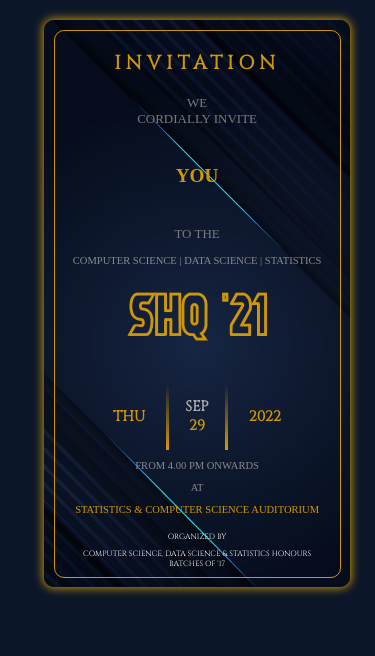
Repository: prabuddhika96/SHQ_Invitation
Page: index.html
The author's editor kept a copy of each file at every save. The page is drawn from the files as they stood at one save, then again after the next save.
The browser window is 375 px wide. The pictures show the whole page.
Some web fonts or font styles are not loaded; a fallback is used.

Above is the page before, as saved 2022-09-26 12:13:14.
Console error: ReferenceError: bodymovin is not defined

### index.html
<!DOCTYPE html>
<html lang="en">
	<head>
		<meta charset="UTF-8" />
		<meta http-equiv="X-UA-Compatible" content="IE=edge" />
		<meta name="viewport" content="width=device-width, initial-scale=1.0" />
		<title>Invitation</title>

		<link rel="stylesheet" href="style.css" />
		<link rel="stylesheet" href="animation.css" />
	</head>
	<body>
		<div class="bg"></div>
		<div class="bg bg2"></div>
		<div class="bg bg3"></div>

		<span class="loader">
			<span class="loader-inner"></span>
		</span>

		<div class="container">
			<div class="invitation">
				<div class="content">
					<div class="main">
						<h1>Invitation</h1>
					</div>

					<p id="cordially">we<br />cordially invite</p>

					<h2 id="name"></h2>

					<p id="cordially">to the</p>

					<p id="department">Computer Science | data science | statistics</p>

					<h1 id="shq" class="glow">shq '21</h1>

					<div class="date">
						<div><h2>thu</h2></div>
						<div id="middle">
							<h2><span id="month">sep</span><br />29</h2>
						</div>
						<div><h2>2022</h2></div>
					</div>

					<p id="department">from 4.00 pm onwards</p>
					<p id="department">at</p>
					<p id="venue">statistics & computer science auditorium</p>

					<div class="organized">
						<p class="low">organized by</p>
						<p class="high">
							computer science, data science & statistics honours<br />batches
							of '17
						</p>
					</div>
				</div>
			</div>
		</div>

		<script src="index.js"></script>
	</body>
</html>

### style.css
@import url('https://fonts.googleapis.com/css2?family=Cinzel&display=swap');
@import url('http://fonts.cdnfonts.com/css/lemonmilk');
/* @import url('http://fonts.cdnfonts.com/css/umbro'); */

@font-face {
  /* font-family: lemonMilk; */
  font-family: lemonMilk;
  src: url(fonts/LemonMilk.ttf);

  font-family: cinzel;
  src: url(fonts/Cinzel-VariableFont_wght.ttf);

  font-family: umbro;
  src: url(fonts/Umbro1.ttf);
}


:root {
  --yellow: #CE9707;
  --cordially: #7a7a7a;
  --department: #8a8a8a;
}

body {
  background-color: #0B1628;
  /* padding: 1em; */
  /* height: 80%; */
}

p {
  font-size: 1.1em;
}

.container {
  width: 700px;
  /* height: 1000px; */
  margin: 0em auto;
  padding: 10px;

}

.invitation {
  background-image: url('Img/backgrond.jpg');
  height: 100%;
  width: 100%;
  background-size: cover;
  /* box-shadow:5px 5px 10px rgb(64, 64, 64); */
  box-shadow: 0 0 10px 1px var(--yellow);
  padding: 1em;
  border-radius: 10px;

}

.content {
  border: 1px solid var(--yellow);
  border-radius: 10px;
  height: 100%;
  text-transform: uppercase;
  text-align: center;
  font-family: lemonMilk;
}

.main {
  margin: 4em auto;
}

.main h1 {
  font-family: cinzel;
  color: var(--yellow);
  letter-spacing: 10px;
  margin-top: 1em;
}

#cordially {
  color: var(--cordially);
  font-weight: 400;
  font-size: 25px;
  font-family: lemonMilk;
}

#name {
  color: var(--yellow);
  margin: 2em auto;
  font-size: 2.5rem;
}

#department {
  color: var(--department);
}

#shq {
  font-family: umbro;
  font-size: 5em;
  color: var(--yellow);
}

#month {
  color: rgb(170, 170, 170);
}

.glow {
  font-size: 80px;
  color: #fff;
  text-align: center;
}


.date {
  display: grid;
  grid-template-columns: auto auto auto;
  gap: 5px;
  margin: 1em auto;
  width: 70%;
  align-items: center;

  font-family: cinzel;
}

.date h2 {
  vertical-align: middle;
  color: var(--yellow);
}

#middle {
  /* border: 1px solid var(--yellow);
  border-top: none;
  border-bottom: none; */
  border-width: 3px;
  border-style: solid;
  border-image:
    linear-gradient(to top,
      var(--yellow),
      rgba(0, 0, 0, 0)) 1 100%;
}

#venue {
  color: var(--yellow);
}

.organized {
  color: #fff;
  font-family: cinzel;
  margin-top: 2em;
  line-height: 80%;
}

.low {
  font-size: small;
}

.high {
  line-height: normal;
}


@media screen and (max-width: 500px) {
  body {
    /* width: 100%; */
    /* height: 100%; */
    font-size: 60%;
    padding: 0;
  }

  .container {
    width: 80%;
    height: 80%;
    margin: auto;
    padding: 0px;
    /* vertical-align: auto; */
  }

  .invitation {
    width: 100%;
    margin: 0 auto;
  }

  .main {
    margin: 2em auto;
  }

  .main h1 {
    letter-spacing: 5px;
    margin-top: 0em;
    font-size: 1.2rem;
  }

  #name {
    font-size: 1.2rem;
  }

  #cordially {
    font-size: 13px;
  }

  .low, .high {
    font-size: 80%;
  }
}

### animation.css
/* html {
  height: 100%;
} */

body {
  margin-top: 20px;
}


.bg {
  animation: slide 3s ease-in-out infinite alternate;
  background-image: linear-gradient(-60deg, rgb(4, 0, 33) 50%, rgb(0, 4, 48) 50%);
  bottom: 0;
  left: -50%;
  opacity: .5;
  position: fixed;
  right: -50%;
  top: 0;
  z-index: -1;
}

.bg2 {
  animation-direction: alternate-reverse;
  animation-duration: 4s;
}

.bg3 {
  animation-duration: 5s;
}

@keyframes slide {
  0% {
    transform: translateX(-25%);
  }

  100% {
    transform: translateX(25%);
  }
}



@media screen and (max-width: 500px) {
  .bg, .bg2, .bg3 {
    display: none;
  }
}







/* loader */
.loader {
  display: inline-block;
  width: 50px;
  height: 50px;
  position: absolute;
  border: 6px solid var(--yellow);


  top: 50%;
  left: 50%;
  transform: translate(-50%, -50%);

  animation: loader 2s 2 forwards ease;
  animation: mymove 2s 1 forwards;
  animation-delay: 2s;
}

.loader-inner {
  vertical-align: top;
  display: inline-block;
  width: 100%;
  background-color: var(--yellow);
  animation: loader-inner 2s 2 forwards ease-in;
}



.container {
  animation: showContainer 2s 1 forwards ease-in;
  animation-delay: 3s;
  opacity: 0;

}

@keyframes showContainer {
  from {

    opacity: 0;
  }

  to {

    opacity: 1;

  }
}




@keyframes mymove {
  from {
    width: 50px;
    height: 50px;
    transform: translate(-50%, -50%);
    opacity: 1;
  }

  to {
    width: 700px;
    height: 90%;

    opacity: 0;

  }
}


@media screen and (max-width: 700px) {
  @keyframes mymove {
    from {
      width: 50px;
      height: 50px;
      transform: translate(-50%, -50%);
      opacity: 1;
    }

    to {
      width: 90%;
      height: 90%;
      transform: translate(-50%, -50%);
      opacity: 0;

    }
  }
}




@keyframes loader {
  0% {
    transform: rotate(0deg);
  }

  25% {
    transform: rotate(180deg);
  }

  50% {
    transform: rotate(180deg);
  }

  75% {
    transform: rotate(360deg);
  }

  100% {
    transform: rotate(360deg);
  }
}

@keyframes loader-inner {
  0% {
    height: 0%;
  }

  25% {
    height: 0%;
  }

  50% {
    height: 100%;
  }

  75% {
    height: 100%;
  }

  100% {
    height: 0%;
  }
}

### index.js
document.getElementById('name').innerHTML = '';

const queryString = window.location.search;
let encryptedname = queryString.substring(1).split('=')[1];

console.log(encryptedname);

let name = '';

if (encryptedname == 'N7K4mMufZQOGeAG') {
	name = 'Prof. Amalka Pinidiyaarachchi';
} else if (encryptedname == 'Y0O5FS89EEKPG') {
	name = 'Mr. Prabath Gunathilake';
} else if (encryptedname == 'b0xKODsbmR') {
	name = 'Dr. Erunika O. Dayarathne';
} else if (encryptedname == 'Km5U2EM4FG2') {
	name = 'Dr. Ruwan D. Nawarathne';
} else if (encryptedname == '6A9kFJVdQw7dDlO') {
	name = 'Dr. Sachith P. Abeysundara';
} else if (encryptedname == 'iaISZPlowy2L5Ahzy21') {
	name = 'Dr. Hakim A. Usoof';
} else if (encryptedname == 'nASNyp3Kjaa1v5Nm') {
	name = 'Dr. S. A. Ruwan Punchi Manage';
} else if (encryptedname == 'WGitCAgVUhRKmxLFR') {
	name = 'Dr. Hemalika T. K. Abeysundara';
} else if (encryptedname == '0KVtwD7c7n2NU6') {
	name = 'Dr. Lakshika S. Nawarathna';
} else if (encryptedname == '0s4tW0czTuAfvmv3') {
	name = 'Dr. Ruwanthini Siyambalapitiya';
} else if (encryptedname == 'Ki522Wa/n2CkyzL') {
	name = 'Dr. Mahasen Dehideniya';
} else if (encryptedname == 'Yvxuh4DWtlCih78') {
	name = 'Dr. Jagath Senarathne';
} else if (encryptedname == 'CN5BxtA8hApoKiw') {
	name = 'Mr. M. A. P. Chamikara';
} else if (encryptedname == '3HJwnpboOmCFtBC') {
	name = 'Mr. Bhashithe Abeysinghe';
} else if (encryptedname == 'pAhayQqND1dyfk') {
	name = 'Mrs. Sankhapali Polgolla';
} else if (encryptedname == 'PmrNlTEclvzHqv4') {
	name = 'Mr. Pramuka Weerasinghe';
} else if (encryptedname == '+4e/teSJcOJ/r1XF') {
	name = 'Mr. Pavithra Basnayake';
} else if (encryptedname == 'wZ21pjnhePGj2l') {
	name = 'Mrs. Sathya Wijewardhana ';
} else if (encryptedname == 'KfMlplJcuDL/Gwx') {
	name = 'Dr. B. S. Dassanayake';
} else if (encryptedname == '8xDvJTpUfUO3Pdu') {
	name = 'Dr. U. B. Amarasinghe';
} else if (encryptedname == 'p9Z0f8E+6ZWxMpc2') {
	name = 'Dr. T. H. K. R. De Silva';
} else if (encryptedname == 'RWMwzTXbFCnp1W') {
	name = 'Dr. Chandima Dhanapala';
} else if (encryptedname == 'MNacD/N4g4r0+5') {
	name = 'Dr. V. Sivakumar';
} else if (encryptedname == 'IAV9hLAoel+77') {
	name = 'Mr. Mapa Wakkumbura';
} else if (encryptedname == 'oA+2INk5Rr1Sr0p') {
	name = 'Mr. Priyantha Galgepitiya';
} else if (encryptedname == '144xvpctHSwfmXd') {
	name = 'Mr. Dinesh Deepal';
} else if (encryptedname == 'HbpFm1EZBcITbm8') {
	name = 'Mrs. Anoma Perera';
} else if (encryptedname == 'BllVmX47wNpYS') {
	name = 'Mrs. Anusha Abeykoon';
} else if (encryptedname == '7KmVrAhAZzdR6s1') {
	name = 'Mr. W. M. Ananda Bandara';
} else if (encryptedname == 'WmgmudUSWE3hEn7') {
	name = 'Mr. H. M. A. Herath Bandara';
} else if (encryptedname == 'yZKPqBhuBUOYEbaIj') {
	name = 'Mr. Chamara M. K. Herath';
} else if (encryptedname == 'NuGfEILEPrhTyF') {
	name = 'Mr. P. D. Amila K. Subasinghe';
} else if (encryptedname == 'ZmcGeh03B2g5cSS') {
	name = 'Prof. Pushpakanthie Wijekoon';
} else if (encryptedname == 'FoU6PTkvmoIVkX8I') {
	name = 'Prof. Saluka R. Kodithuwakku';
} else if (encryptedname == 'b1hV7WDQ7wNCDzv') {
	name = 'Prof. Roshan D. Yapa';
} else if (encryptedname == 'LSIuVbPN1Q6+50c/') {
	name = 'Prof. R. G. S. C. Rajapakse';
} else if (encryptedname == '4AYV/8MFHV80hO') {
	name = 'Prof. L. R. A. K. Bandara';
} else if (encryptedname == 'lhir954JhSptBLZ') {
	name = 'Prof. K. M. G. Gehan Jayasuriya';
} else if (encryptedname == 'gy646Lcbs9kcepH+h') {
	name = 'Prof. Manawadevi Y. U. Ganehenage';
} else if (encryptedname == '10y9k+DZmICP6i2') {
	name = 'Prof. Inoka Karunaratne';
} else {
	name = 'you';
}

console.log(name);
document.getElementById('name').innerHTML = name;

// animation part
var select = function (s) {
		return document.querySelector(s);
	},
	selectAll = function (s) {
		return document.querySelectorAll(s);
	},
	animationWindow = select('#animationWindow'),
	animData = {
		wrapper: animationWindow,
		animType: 'svg',
		loop: true,
		prerender: true,
		autoplay: true,
		path: 'https://s3-us-west-2.amazonaws.com/s.cdpn.io/35984/play_fill_loader.json',
		rendererSettings: {
			//context: canvasContext, // the canvas context
			//scaleMode: 'noScale',
			//clearCanvas: false,
			//progressiveLoad: false, // Boolean, only svg renderer, loads dom elements when needed. Might speed up initialization for large number of elements.
			//hideOnTransparent: true //Boolean, only svg renderer, hides elements when opacity reaches 0 (defaults to true)
		},
	},
	anim;

anim = bodymovin.loadAnimation(animData);
anim.addEventListener('DOMLoaded', onDOMLoaded);
anim.setSpeed(1);

function onDOMLoaded(e) {
	anim.addEventListener('complete', function () {});
}

ScrubBodymovinTimeline(anim);

After the next save:
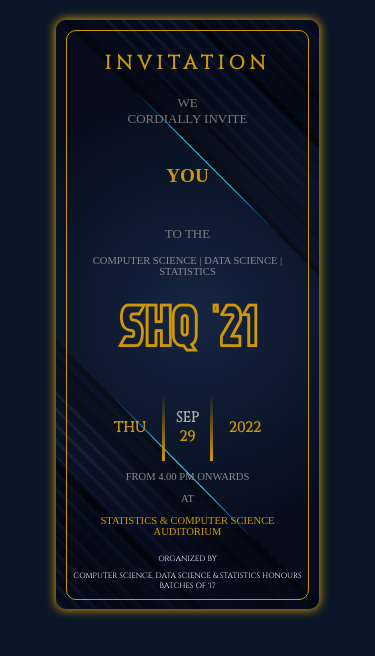
Saved 46 s later.
--- a/style.css
+++ b/style.css
@@ -32,11 +32,15 @@ p {
 }
 
 .container {
+
+  display: flex;
+  flex-direction: column;
+  align-items: center;
+
   width: 700px;
   /* height: 1000px; */
   margin: 0em auto;
   padding: 10px;
-
 }
 
 .invitation {
@@ -48,7 +52,6 @@ p {
   box-shadow: 0 0 10px 1px var(--yellow);
   padding: 1em;
   border-radius: 10px;
-
 }
 
 .content {
@@ -162,15 +165,15 @@ p {
   }
 
   .container {
-    width: 80%;
-    height: 80%;
+    width: fit-content;
+    height: fit-content;
     margin: auto;
     padding: 0px;
     /* vertical-align: auto; */
   }
 
   .invitation {
-    width: 100%;
+    width: 90%;
     margin: 0 auto;
   }
 
